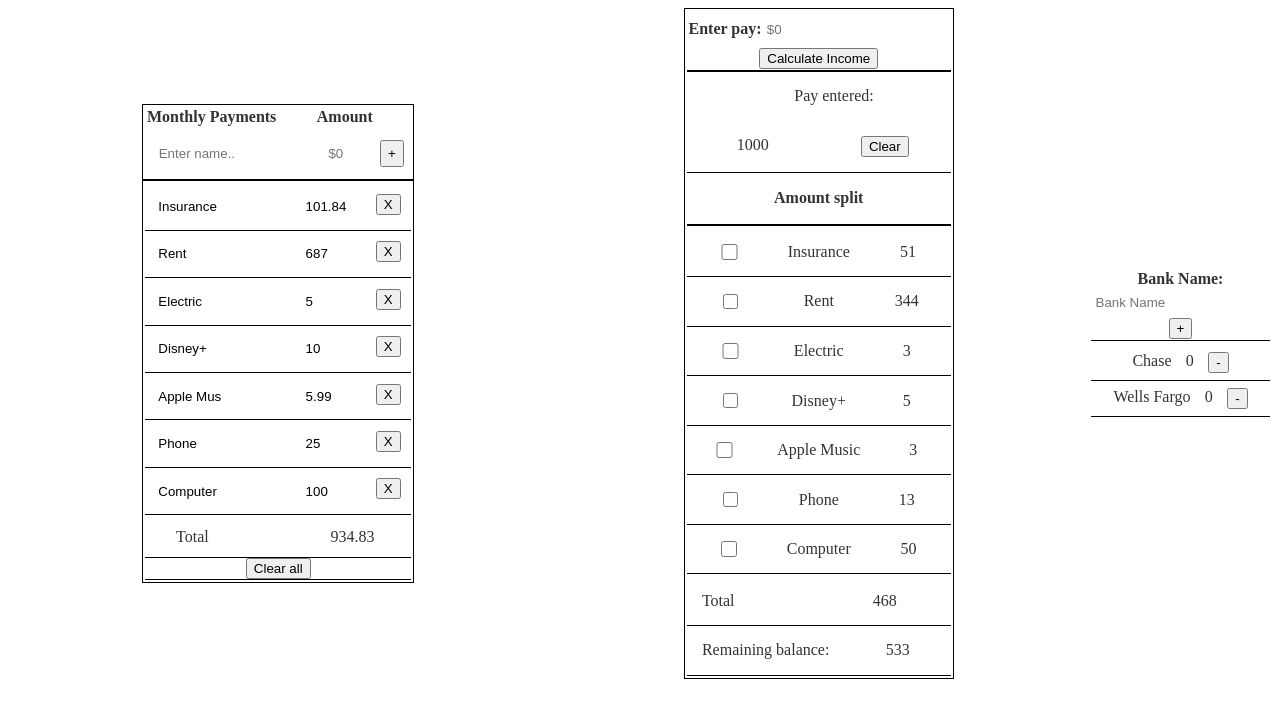
Repository: Kayla-amr/final-project-vue
Page: /
The author's editor kept a copy of each file at every save. The page is drawn from the files as they stood at one save, then again after a run of saves.
The browser window is 1280 px wide. The pictures show the whole page.
The project was rebuilt for these pictures with package versions that can differ from the ones it lists, and the page was loaded fresh each time. Also part of the build but not shown: vite.config.js.

Above is the page before, as saved 2023-04-11 17:37:05.

### src/App.vue
<script setup>
import OutcomeForm from './components/OutcomeForm.vue';
import DocumentBudget from './components/DocumentBudget.vue';
import SplitBudget from './components/SplitBudget.vue';
import BankTransfer from './components/BankTransfer.vue';


</script>

<template>
    <div id="app">
        <div class="budgetFormList">
            <outcome-form @add:budget="addBudgets" />
            <document-budget :budgets="budgets" />
        </div>
        <div class="incomeSplitList">
            <split-budget :budgets="budgets" @add:income="addIncomes" :incomes="incomes" />
        </div>
        <div class="bankTransferList">
            <bank-transfer @add:bank="addBanks" :budgets="budgets" :incomes="incomes" :banks="banks" />
        </div>
    </div>
</template>

<script>
export default {
    name: 'app',
    components: {
        OutcomeForm,
        DocumentBudget,
        SplitBudget,
        BankTransfer
    },
    data() {
        return {
            budgets: [
                {
                    id: 1,
                    name: "Insurance",
                    amount: 101.84,
                    selected: false
                },
                {
                    id: 2,
                    name: "Rent",
                    amount: 687,
                    selected: false
                },
                {
                    id: 3,
                    name: "Electric",
                    amount: 5,
                    selected: false
                },
                {
                    id: 4,
                    name: "Disney+",
                    amount: 10,
                    selected: false
                },
                {
                    id: 5,
                    name: "Apple Music",
                    amount: 5.99,
                    selected: false
                },

                {
                    id: 6,
                    name: "Phone",
                    amount: 25,
                    selected: false
                },
                {
                    id: 7,
                    name: "Computer",
                    amount: 100,
                    selected: false
                }
            ],
            incomes: [
                {
                    id: 1,
                    amount: 1000,
                }

            ],
            banks: [
                {
                    id: 1,
                    name: "Chase",
                    amount: 0,
                },
                {
                    id: 2,
                    name: "Wells Fargo",
                    amount: 0,
                }
            ]
        }
    },

    //map method  or filter

    //property in object true or false



    methods: {
        addBudgets(budget) {
            const addId = this.budgets.length > 0 ? this.budgets[this.budgets.length - 1].id : 0;
            const id = addId + 1;

            const newBudgets = {
                id,
                ...budget
            }

            this.budgets = [...this.budgets, newBudgets]

        },
        addIncomes(income) {
            const addId = this.incomes.length > 0 ? this.incomes[this.incomes.length - 1].id : 0;
            const id = addId + 1;

            const newIncomes = {
                id,
                ...income
            }

            this.incomes = [...this.incomes, newIncomes]
        },
        addBanks(bank) {
            const addId = this.banks.length > 0 ? this.banks[this.banks.length - 1].id : 0;
            const id = addId + 1;

            const newBanks = {
                id,
                ...bank
            }

            this.banks = [...this.banks, newBanks]
        },
        transferHere(selectedBudget, selectedBank) {
            const budget = this.budgets.find((b) => b.id === selectedBudget.id);
            const bank = this.banks.find((b) => b.id === selectedBank.id);

            bank.amount += budget.amount;
            budget.amount = 0;

            this.budgets = [...this.budgets];
            this.banks = [...this.banks];
        },


    }
}
</script>

<style>
#app {
    display: flex;
    flex-direction: row;
    align-items: center;
    width: 100%;
    height: 100%;
    color: #333;
}

.budgetFormList {
    width: 100%;
}

.incomeSplitList {
    width: 100%;
}
</style>

### src/components/OutcomeForm.vue
<template>
  <div>
    <form @submit.prevent="handleSubmit" class="outcomeForm">
      <table>
        <thead>
          <tr>
            <th>Monthly Payments</th>
            <th>Amount</th>
          </tr>
        </thead>
        <tbody>
          <tr>
            <td>
              <input class="name" type="text" v-model="budgets.name" placeholder="Enter name...">
            </td>
            <td class="otd">
              <input class="amount" type="text" v-model="budgets.amount" placeholder="$0" />

              <button type="submit">+</button>
            </td>
          </tr>
        </tbody>
      </table>
    </form>
  </div>
</template>

//Look for string in total and make them numbers

<script>

export default {
  name: 'outcome-form',
  data() {
    return {
      budgets: {
        name: "",
        amount:""
      }
    }
  },
  methods: {
    handleSubmit() {
      const budget = {
        name: this.budgets.name,
        amount: this.budgets.amount
      }
      this.$emit('add:budget', budget)
    }
  }
}
</script>

<style>
table{
    width: 100%;
}
.outcomeForm {
    margin: 0 auto;
    width: 50%;
    border: 1px solid black;
    border-collapse: collapse;
}

.outcomeForm th{
  width: 100%;
}
.otd {
  display: flex;
}
.outcomeForm tr{
    border: none;
    justify-content: space-between;

}

input{
  padding: 2% 0;
  margin: 2% ;
  width: inherit;
  border: none;
}

.name{
    width: 50%;
}
.amount{
    width: 50px;
}
</style>

### src/components/DocumentBudget.vue
<template>
    <div class="document-budget">
        <table>
            <tbody>
                <tr class="budgetList" v-for="budget in budgets" :key="budget.id">
                    <td class="name"> <input type="text" v-model="budget.name"></td>
                    <td class="amount"><input type="text" v-model="budget.amount"></td>
                    <td><button @click="removeBudget(budget.id)">X</button></td>
                </tr>
            </tbody>
            <tfoot>
                <tr>
                    <td class="name">Total</td>
                    <td class="amount">{{ total }}</td>
                </tr>
                <tr><button @click="clearAll()">Clear all</button></tr>
            </tfoot>
        </table>
    </div>

</template>

<script>
export default {
    name: 'document-budget',
    props: {
        budgets: Array
    },
    computed: {
        total() {
    return this.budgets.reduce((total, budget) => {
      return total + parseFloat(budget.amount)
    }, 0)
  }

    },
    methods: {
        removeBudget(id) {
            const index = this.budgets.findIndex(budget => budget.id === id)
            this.budgets.splice(index, 1)
        },
        clearAll(){
            this.budgets.splice(0, this.budgets.length)
        },
    }
}
</script>

<style>
.document-budget {
    margin: 0 auto;
    width: 50%;
    border: 1px solid black;
    border-collapse: collapse;
}
tr{
    width: 100%;
    display: flex;
    border: none;
    justify-content: center;
    border-bottom: 1px solid black;

}
td{
    border: none;
    padding: 2%;
    margin: 2%;
}

tfoot td{
    width: 100%;
}
.document-budget .amount button{
    margin-left: 10px;
}
.amount{
    display: flex;
    flex-direction: row;
    align-items: center;
}

.budgetDivided{
    width: 20%;
}

.budgetDivided td{
    padding: 10px;
    display: flex;
    justify-content: center;
}

</style>

### src/components/SplitBudget.vue
<template>
    <div>
        <table>
            <thead>

            </thead>
            <tbody>

            </tbody>
        </table>
    </div>
    <div>
        <table class="budgetDivided">
            <thead>
                <tr>
                    <th>
                        <form @submit.prevent="handleSubmit">
                            <label for="amount">Enter pay:</label>
                            <input type="text" id="amount" v-model="income.amount" placeholder="$0" />
                            <button type="submit">Calculate Income</button>
                        </form>
                    </th>
                </tr>

                <td>Pay entered: </td>
                <tr v-for="income in incomes" :key="income.id">
                    <td>{{ income.amount }}</td>
                    <td> <button type="delete" @click="deleteIncome(income.id)">Clear</button></td>
                </tr>
                <tr>
                    <th>
                    <td>Amount split</td>
                    </th>

                </tr>

            </thead>
            <tbody>

                <tr v-for="budget in budgets" :key="budget.id" @click="selectBudget(budget)">
                    <td>
                        <input type="checkbox" :checked="budget.selected" />
                    </td>
                    <td>{{ budget.name }}</td>

                    <td>
                        {{ Math.ceil(budget.amount / 2) }}
                    </td>
                </tr>
            </tbody>
            <tfoot>
                <tr>
                    <td class="name">Total</td>
                    <td class="amount totalDivided">{{ Math.ceil(totalDivided) }}</td>
                </tr>
                <tr v-for="income in incomes" :key="income.id">
                    <td>Remaining balance:</td>
                    <td>{{ Math.ceil(income.amount - totalDivided) }}</td>
                </tr>
            </tfoot>
        </table>
    </div>
</template>

<script>
export default {
    name: 'split-budget',
    props: {
        budgets: Array,
        incomes: Array,
        banks: Array
    },
    emits: ['add:income'],
    computed: {
        total() {
            return this.budgets.reduce((total, budget) => {
                return total + budget.amount
            }, 0)
        },
        totalDivided() {
            return this.budgets.reduce((total, budget) => {
                return total + budget.amount / 2
            }, 0)
        }

    },
    data() {
        return {
            income: {
                name: '',
                amount: ''
            }
        }
    },
    methods: {
        handleSubmit() {
            this.$emit('add:income', this.income)
            this.income = {
                name: '',
                amount: ''
            }
        },
        deleteIncome(id) {
            const index = this.incomes.findIndex(income => income.id === id)
            this.incomes.splice(index, 1)
        },
    }
}
</script>

<style>
.budgetDivided {
    margin: 0 auto;
    width: 50%;
    border: 1px solid black;
}

.budgetDivided th {
    width: 100%;
    display: flex;
    justify-content: center;
    border-bottom: 1px solid black;
}

.budgetDivided td {
    width: 100%;
    display: flex;
    white-space: nowrap;
}

.budgetDivided .name {
    display: flex;
    justify-content: flex-start;
}
</style>

### src/components/BankTransfer.vue
<template>
    <div>
        <form @submit.prevent="handleSubmit">
            <table>
                <thead>
                    <tr>
                        <th>
                            <label for="name">Bank Name:</label>
                            <input type="text" id="bankName" v-model="bank.name" placeholder="Bank Name" />
                            <button type="submit">+</button>
                        </th>
                    </tr>
                </thead>
            </table>
        </form>
    </div>
    <div>
        <table>
            <tbody>
                <tr v-for="bank in banks" :key="bank.id">
                    <td>{{ bank.name }}</td>
                    <td>{{ bank.amount }}</td>
                    <td> <button type="delete" @click="removeBank(bank.id)">-</button></td>
                </tr>
            </tbody>
        </table>
    </div>
</template>

<script>
export default {
    name: 'bank-transfer',
    props: {
        banks: Array
    },
    emits: ['add:bank'],
    computed: {
        total() {
            return this.banks.reduce((total, bank) => {
                return total + bank.amount
            }, 0)

        }

    },
    data() {
        return {
            bank: {
                name: '',
                amount: 0
            }
        }
    },
    methods: {
        removeBank(id) {
            const index = this.banks.findIndex(bank => bank.id === id)
            // eslint-disable-next-line vue/no-mutating-props
            this.banks.splice(index, 1)
        },
        handleSubmit(){
            this.$emit('add:bank', this.bank)
            this.bank = {
                name: "",
                amount: 0
            }
        },

    }
}
</script>

Loaded but not shown: index.html (common file); src/main.js (common file)

After the next 2 saves:
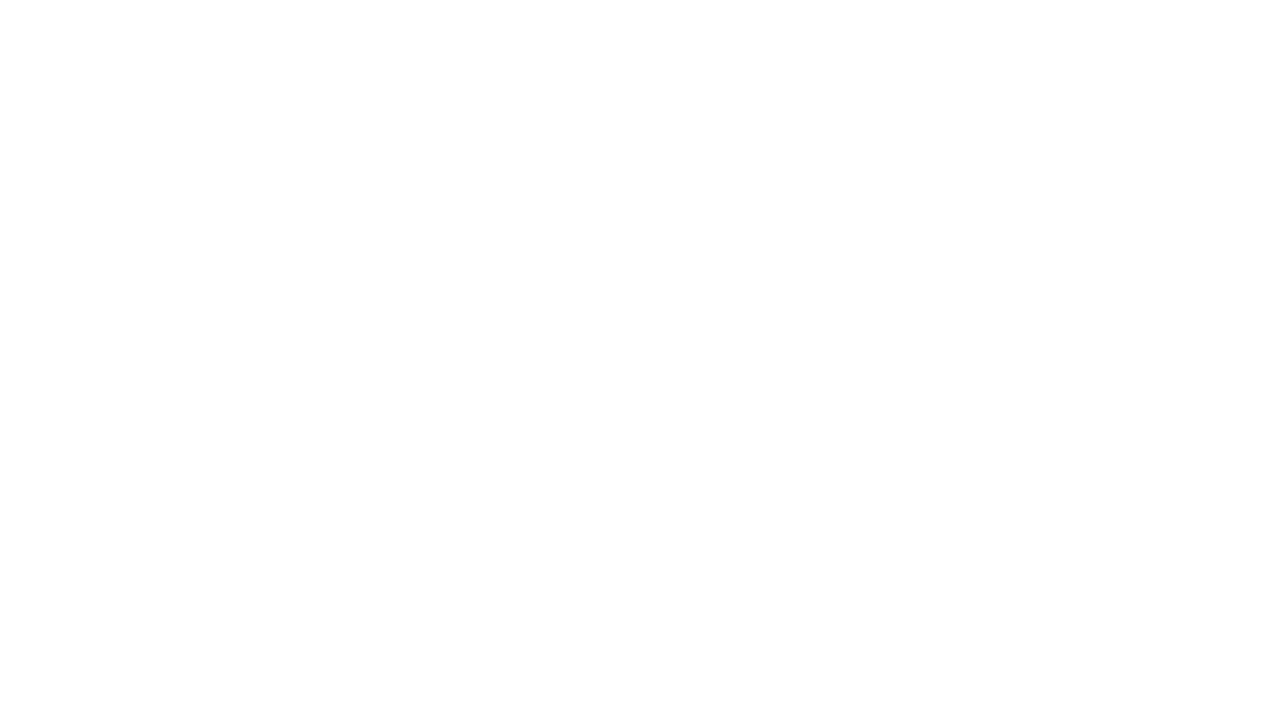
Console error: ReferenceError: transferHere is not defined
The 2 saves are shown as one change because they came seconds apart.
The last was saved 14 s later.
--- a/src/App.vue
+++ b/src/App.vue
@@ -8,16 +8,17 @@
 </script>
 
 <template>
+
     <div id="app">
         <div class="budgetFormList">
             <outcome-form @add:budget="addBudgets" />
-            <document-budget :budgets="budgets" />
+            <document-budget :budgets="budgets"/>
         </div>
         <div class="incomeSplitList">
             <split-budget :budgets="budgets" @add:income="addIncomes" :incomes="incomes" />
         </div>
         <div class="bankTransferList">
-            <bank-transfer @add:bank="addBanks" :budgets="budgets" :incomes="incomes" :banks="banks" />
+            <bank-transfer @add:bank="addBanks" :budgets="budgets" :incomes="incomes"  :banks="banks" />
         </div>
     </div>
 </template>
@@ -141,16 +142,7 @@
 
             this.banks = [...this.banks, newBanks]
         },
-        transferHere(selectedBudget, selectedBank) {
-            const budget = this.budgets.find((b) => b.id === selectedBudget.id);
-            const bank = this.banks.find((b) => b.id === selectedBank.id);
-
-            bank.amount += budget.amount;
-            budget.amount = 0;
-
-            this.budgets = [...this.budgets];
-            this.banks = [...this.banks];
-        },
+        transferHere
 
 
     }

After the save that followed:
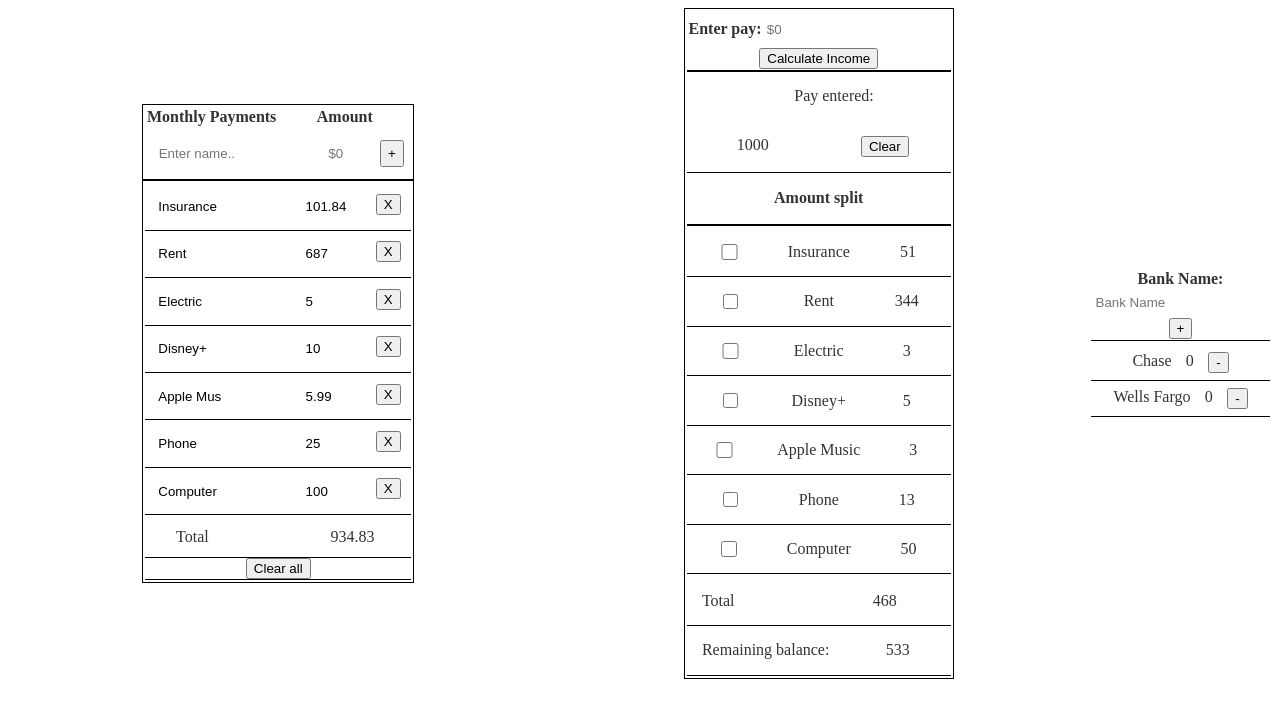
The error is gone.
Saved 5 s later.
--- a/src/App.vue
+++ b/src/App.vue
@@ -142,7 +142,7 @@
 
             this.banks = [...this.banks, newBanks]
         },
-        transferHere
+
 
 
     }
